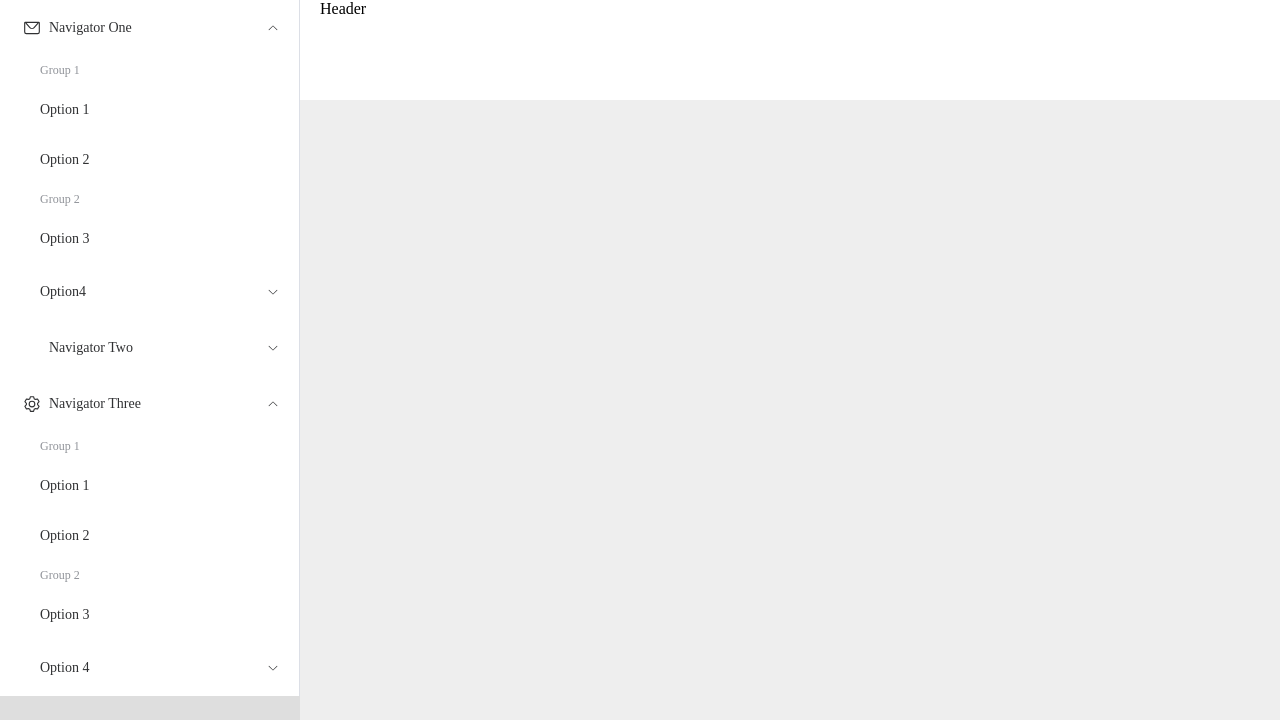
Repository: secret47/test-office-demo
Page: /dashboard
An editor plug-in stored every save of this project. The page is shown before and after the next save, followed by the edit.
The browser window is 1280 px wide. The pictures show the whole page.
The project was rebuilt for these pictures with package versions that can differ from the ones it lists, and the page was loaded fresh each time. Also part of the build but not shown: vite.config.js, src/layouts/components/menu.vue.

Above is the page before, as saved 2024-10-28 16:34:12.

### src/main.js
import { createApp } from 'vue'
import '@/style/main.scss'
import App from './App.vue'
import router from './router'

import lang from "./local"


import ElementPlus from "element-plus";
import 'element-plus/dist/index.css'
import * as ElementPlusIconsVue from '@element-plus/icons-vue'

const app = createApp(App);

for (const [key, component] of Object.entries(ElementPlusIconsVue)) {
    app.component(key, component)
}

app.use(lang)
app.use(ElementPlus)
app.use(router)
app.mount('#app')

### src/style/main.scss
* {
    padding: 0;
    margin: 0;
}

html,
body {
    width: 100%;
    height: 100%;
    background: #ffffff;
}

#app {
    width: 100%;
    height: 100%;
}

### src/App.vue
<template>
  <!-- <div> -->
    <router-view />
  <!-- </div> -->
</template>

### src/router/index.js
import { createRouter, createWebHistory } from 'vue-router'
import layouts from "../layouts/index.vue"

const routes = [
    {
        path: '/',
        name: 'Login',
        component: () => import('@/views/login.vue'),
    },
    // 其他路由...
    {
        path: "/dashboard",
        name: "Dashboard",
        component: layouts,
        meta: {
            title: "控制中心"
        },
        children: [
            {
                path: "/",
                name: "basic",
                meta: {
                    title: "基础管理"
                },
                component: () => import("@/views/dashboard/basic/index.vue")

            }
        ]
    }
]

const router = createRouter({
    history: createWebHistory(),
    routes
})

export default router

### src/local/index.js
import { createI18n } from "vue-i18n";

import message from "./language"
const i18n = createI18n({
    locale: "zh",
    fallbackLocale: "zh",
    messages: message
})

export default i18n;

### src/layouts/index.vue
<template>
    <div class="layout">
        <el-container>
            <el-aside width="300px" class="side">
                <div class="logo"></div>
                <el-menu :default-openeds="['1', '3']">
                    <el-sub-menu index="1">
                        <template #title>
                            <el-icon>
                                <message />
                            </el-icon>Navigator One
                        </template>
                        <el-menu-item-group>
                            <template #title>Group 1</template>
                            <el-menu-item index="1-1">Option 1</el-menu-item>
                            <el-menu-item index="1-2">Option 2</el-menu-item>
                        </el-menu-item-group>
                        <el-menu-item-group title="Group 2">
                            <el-menu-item index="1-3">Option 3</el-menu-item>
                        </el-menu-item-group>
                        <el-sub-menu index="1-4">
                            <template #title>Option4</template>
                            <el-menu-item index="1-4-1">Option 4-1</el-menu-item>
                        </el-sub-menu>
                    </el-sub-menu>
                    <el-sub-menu index="2">
                        <template #title>
                            <el-icon><icon-menu /></el-icon>Navigator Two
                        </template>
                        <el-menu-item-group>
                            <template #title>Group 1</template>
                            <el-menu-item index="2-1">Option 1</el-menu-item>
                            <el-menu-item index="2-2">Option 2</el-menu-item>
                        </el-menu-item-group>
                        <el-menu-item-group title="Group 2">
                            <el-menu-item index="2-3">Option 3</el-menu-item>
                        </el-menu-item-group>
                        <el-sub-menu index="2-4">
                            <template #title>Option 4</template>
                            <el-menu-item index="2-4-1">Option 4-1</el-menu-item>
                        </el-sub-menu>
                    </el-sub-menu>
                    <el-sub-menu index="3">
                        <template #title>
                            <el-icon>
                                <setting />
                            </el-icon>Navigator Three
                        </template>
                        <el-menu-item-group>
                            <template #title>Group 1</template>
                            <el-menu-item index="3-1">Option 1</el-menu-item>
                            <el-menu-item index="3-2">Option 2</el-menu-item>
                        </el-menu-item-group>
                        <el-menu-item-group title="Group 2">
                            <el-menu-item index="3-3">Option 3</el-menu-item>
                        </el-menu-item-group>
                        <el-sub-menu index="3-4">
                            <template #title>Option 4</template>
                            <el-menu-item index="3-4-1">Option 4-1</el-menu-item>
                        </el-sub-menu>
                    </el-sub-menu>
                </el-menu>
            </el-aside>
            <el-container class="container">
                <el-header>Header</el-header>
                <el-main>
                    <router-view></router-view>
                </el-main>
            </el-container>
        </el-container>
    </div>
</template>

<script setup>
import menu from './components/menu.vue';
</script>

<style lang="scss" scoped>
.layout {
    width: 100%;
    height: 100%;

    @media (max-width: 768px) {

        // 在小屏幕设备上调整布局
        .side {
            width: 100%;
            height: auto;
            background: #dedede;
        }

        .container {
            width: 100%;
            height: 100%;
        }
    }

    .el-container {
        width: 100%;
        height: 100%;
    }

    .side {
        height: 100%;
        background: #dedede;
    }

    .container {
        width: calc(100% - 300px);
        height: 100%;

        .el-header {
            width: 100%;
            height: 100px;
            background: #ffffff;
        }

        .el-main {
            background: #eeeeee;
        }
    }
}
</style>

### src/local/language/index.js
import zh from "./zh"
import en from "./en"

export default {
    ...en,
    ...zh
}

### src/local/language/zh.js
export default{
    zh:{
        title:"后台管理系统",
        login:"登录",
        username:"用户名",
        password:"密码",
        remember:"记住密码",
        forget:"忘记密码",
    }
}

### src/local/language/en.js
export default{
    en:{
        title:"system management"
    }
}

Loaded but not shown: index.html (common file)

After the next save:
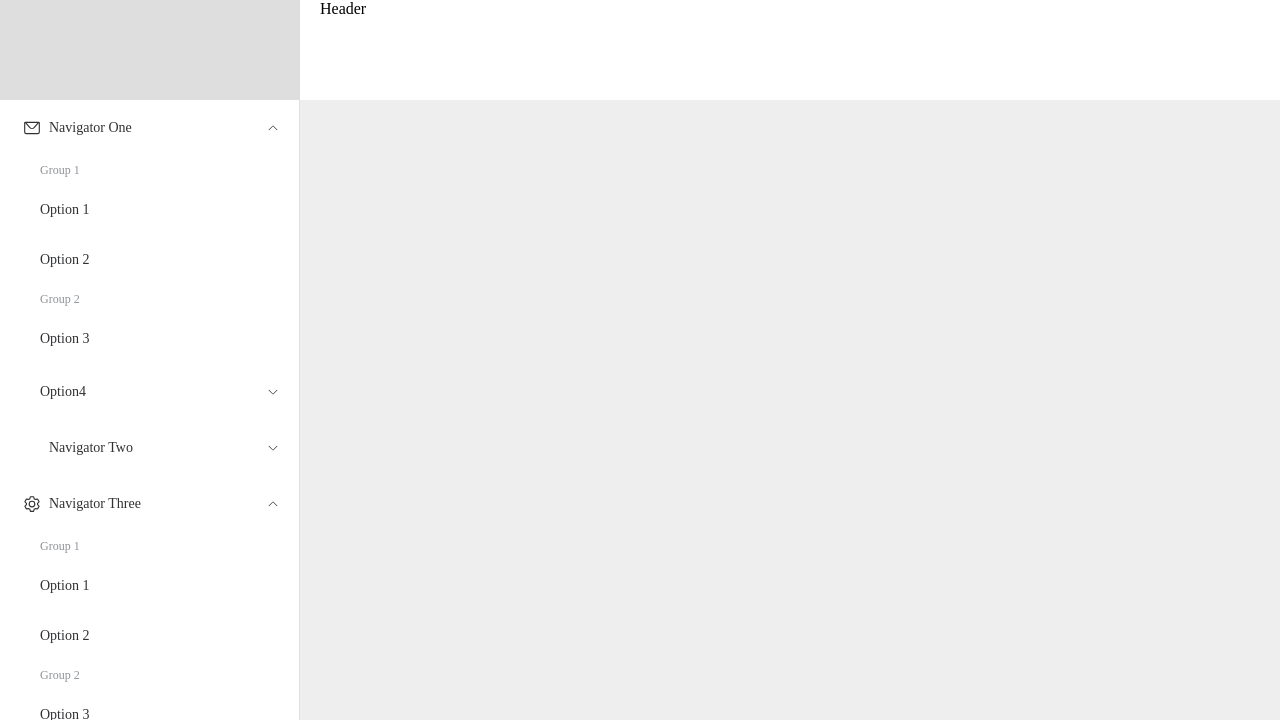
Saved 12 s later.
--- a/src/layouts/index.vue
+++ b/src/layouts/index.vue
@@ -103,6 +103,10 @@ import menu from './components/menu.vue';
     .side {
         height: 100%;
         background: #dedede;
+        .logo{
+            width:100%;
+            height: 100px;
+        }
     }
 
     .container {
